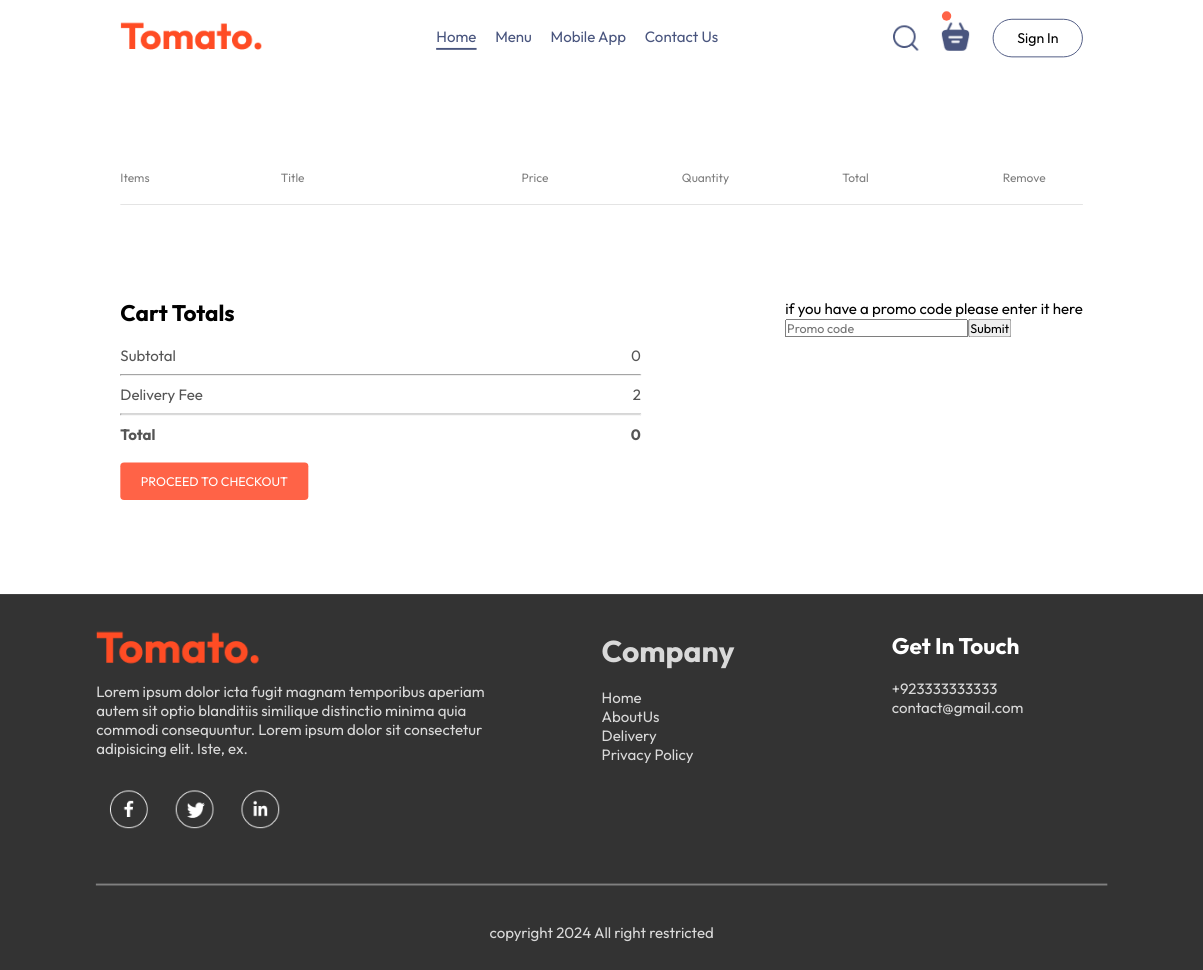
Repository: Attar786/Food-ordering-app
Page: /cart (app in frontend/)
The author's editor kept a copy of each file at every save. The page is drawn from the files as they stood at one save, then again after the next save.
The browser window is 1280 px wide. The pictures show the whole page, at 94% of full size.
The project was rebuilt for these pictures with package versions that can differ from the ones it lists, and the page was loaded fresh each time. Also part of the build but not shown: frontend/vite.config.js, frontend/src/components/Header/Header.css, frontend/src/components/Header/Header.jsx, frontend/src/components/ExploreMenu/ExploreMenu.css, frontend/src/components/ExploreMenu/ExploreMenu.jsx, frontend/src/components/FoodDisplay/FoodDisplay.css, frontend/src/components/FoodItem/FoodItem.css, frontend/src/components/FoodItem/FoodItem.jsx and 8 more.

Above is the page before, as saved 2024-07-30 16:39:28.

After the next save:
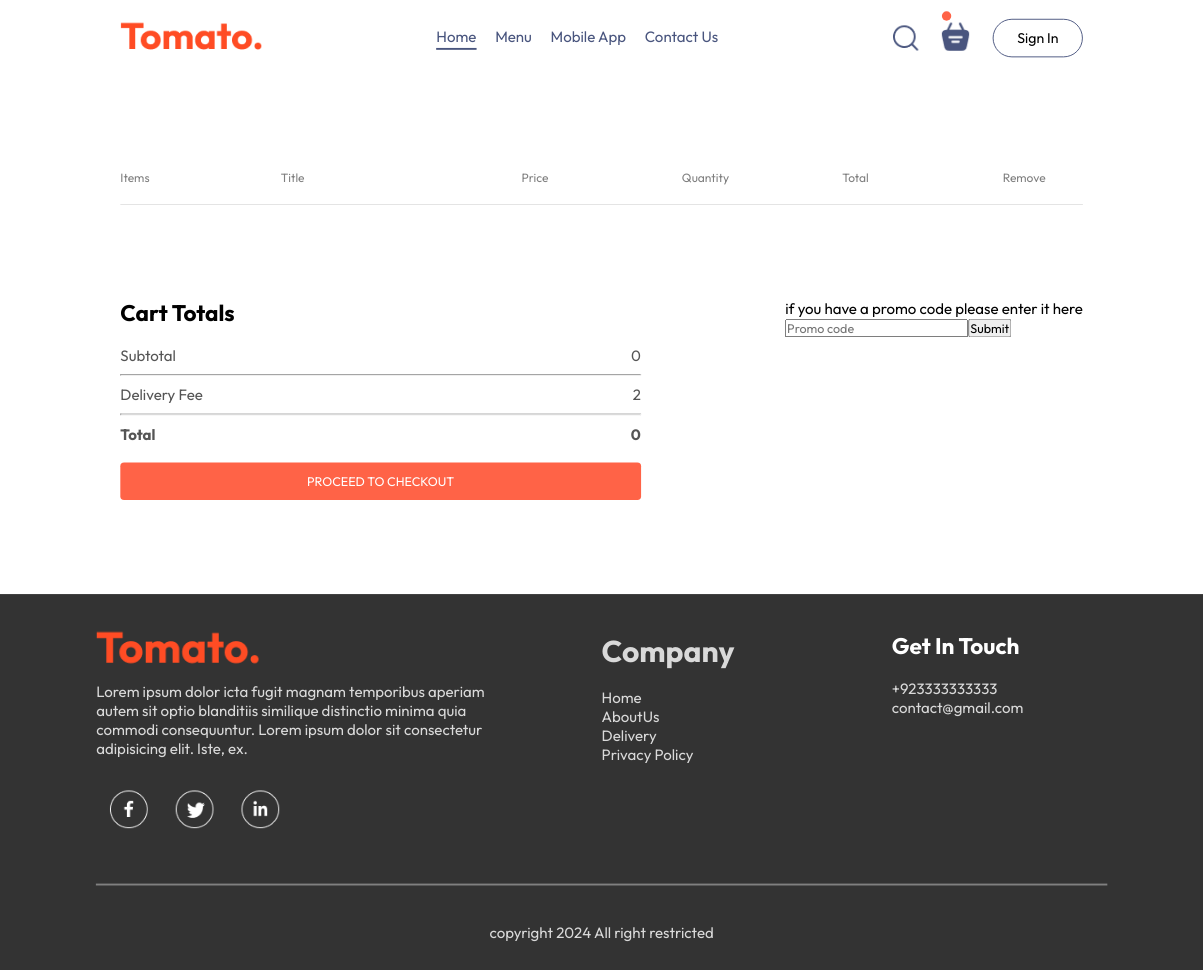
Saved 39 s later.
--- a/frontend/src/pages/Cart/Cart.css
+++ b/frontend/src/pages/Cart/Cart.css
@@ -51,7 +51,7 @@ gap: max(12vw,20px);
     color: white;
     background-color: tomato;
     border: none;
-    width: max(15vw, 200px);
+    /* width: max(15vw, 200px); */
     border-radius: 4px;
     padding: 12px 0px;
 

After the save that followed:
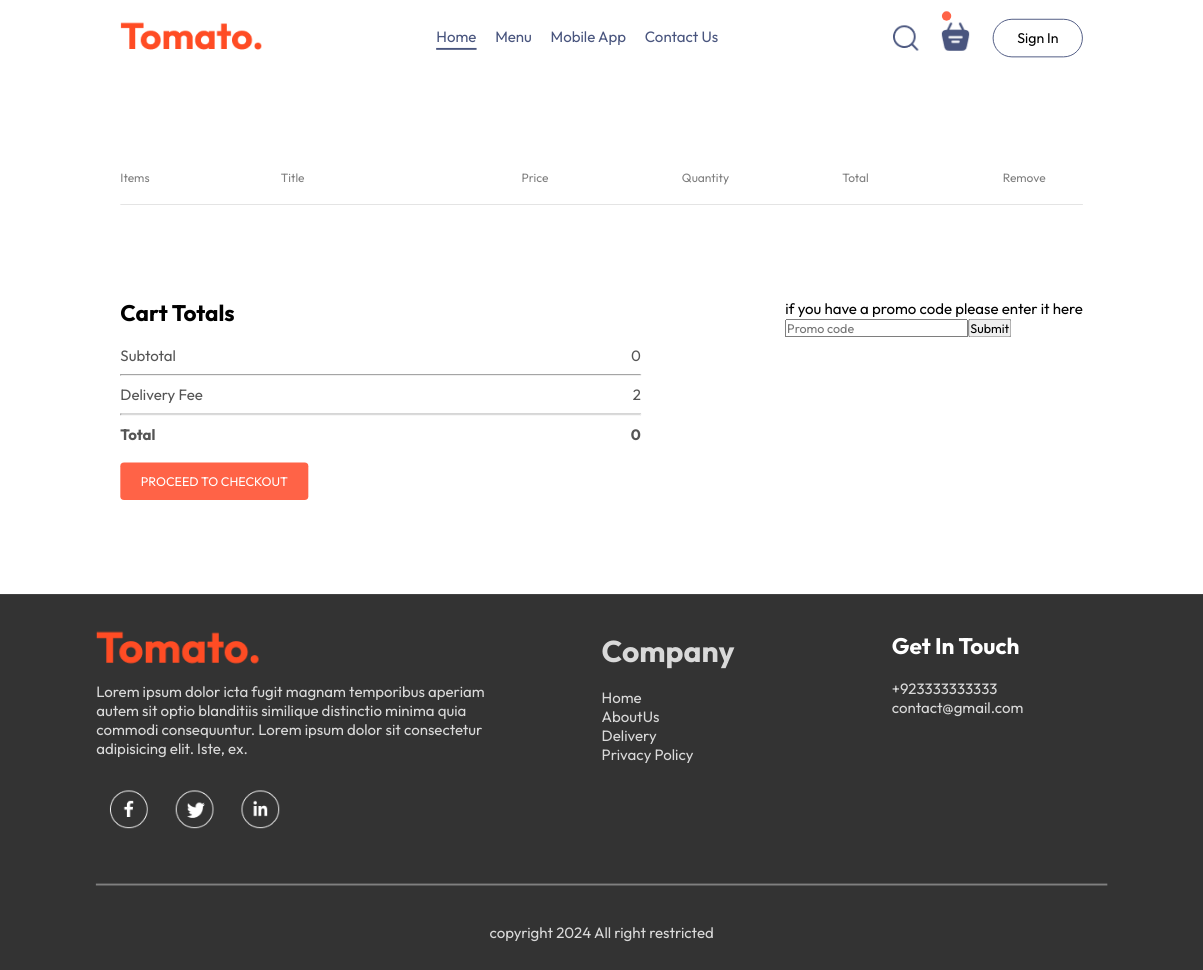
Saved 5 s later.
--- a/frontend/src/pages/Cart/Cart.css
+++ b/frontend/src/pages/Cart/Cart.css
@@ -51,7 +51,7 @@ gap: max(12vw,20px);
     color: white;
     background-color: tomato;
     border: none;
-    /* width: max(15vw, 200px); */
+    width: max(15vw, 200px);
     border-radius: 4px;
     padding: 12px 0px;
 
